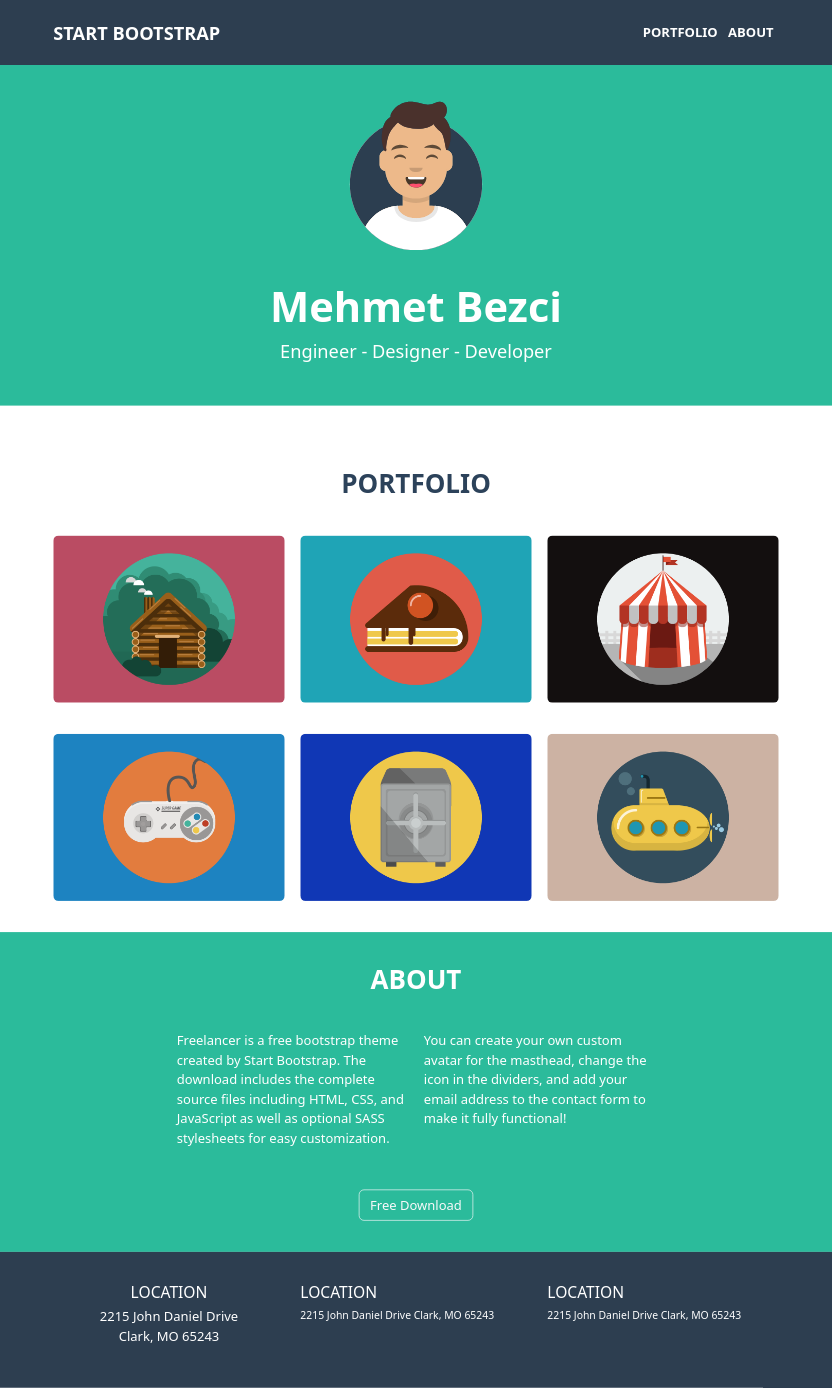
Repository: 7JaxeN7/WT-1255P-Mehmet_BEZC-
Page: index.html
These files come from the project's save history. The page is drawn as it stood at one moment and after the next save; the edit follows.
The browser window is 1280 px wide. The pictures show the whole page, at 65% of full size.

Above is the page before, as saved 2025-01-07 00:41:10.

### index.html
<!DOCTYPE html>
<html lang="tr">

<head>
  <meta charset="UTF-8">
  <meta name="viewport" content="width=device-width, initial-scale=1.0">
  <link rel="stylesheet" href="style.css">
  <link href="https://cdn.jsdelivr.net/npm/bootstrap@5.3.3/dist/css/bootstrap.min.css" rel="stylesheet"
    integrity="sha384-QWTKZyjpPEjISv5WaRU9OFeRpok6YctnYmDr5pNlyT2bRjXh0JMhjY6hW+ALEwIH" crossorigin="anonymous">
  <title>Start Bootstrap</title>
</head>

<body>
  <!-- Navbar -->
  <header>
    <nav class="navbar navbar-expand-lg navbar-bg">
      <div class="container pt-3 pb-3">
        <a class="navbar-brand text-white fw-bolder fs-3" href="#">START BOOTSTRAP</a>
        <button class="navbar-toggler" type="button" data-bs-toggle="collapse" data-bs-target="#navbarNav"
          aria-controls="navbarNav" aria-expanded="false" aria-label="Toggle navigation">
          <span class="navbar-toggler-icon"></span>
        </button>
        <div class="collapse navbar-collapse" id="navbarNav">
          <ul class="navbar-nav ms-auto">
            <li class="nav-item">
              <a class="nav-link text-white fw-bolder fs-5" href="#">PORTFOLIO</a>
            </li>
            <li class="nav-item">
              <a class="nav-link text-white fw-bolder fs-5" href="#">ABOUT</a>
            </li>
          </ul>
        </div>
      </div>
    </nav>
  </header>
  <!-- Herosection -->
  <div class="herosection-bg pt-5 pb-5">
    <div class="container text-center">
      <img src="/assets/img/avataaars.svg" width="20%" />
      <h1 class="mt-5 text-white fw-bolder display-3">Mehmet Bezci</h1>
      <p class="text-white fs-3">Engineer - Designer - Developer</p>
    </div>
  </div>
  <!-- Portfolio -->
  <div class="portfolio-section">
    <h2 class="text-center mt-5 pt-5 pb-5 fs-1 fw-semibold portfolio-tittle">PORTFOLIO</h2>
    <div class="container">
      <div class="row">
        <div class="col-12 col-md-6 col-lg-4 mb-5">
          <img src="/assets/img/cabin.png" class="img-fluid rounded-3">
        </div>
        <div class="col-12 col-md-6 col-lg-4 mb-5">
          <img src="/assets/img/cake.png" class="img-fluid rounded-3">
        </div>
        <div class="col-12 col-md-6 col-lg-4 mb-5">
          <img src="/assets/img/circus.png" class="img-fluid rounded-3">
        </div>
        <div class="col-12 col-md-6 col-lg-4 mb-5">
          <img src="/assets/img/game.png" class="img-fluid rounded-3">
        </div>
        <div class="col-12 col-md-6 col-lg-4 mb-5">
          <img src="/assets/img/safe.png" class="img-fluid rounded-3">
        </div>
        <div class="col-12 col-md-6 col-lg-4 mb-5">
          <img src="/assets/img/submarine.png" class="img-fluid rounded-3">
        </div>
      </div>
    </div>
  </div>
  <!-- About -->
  <div class="about-section">
    <div class="container">
      <h2 class="about-tittle fs-1 fw-semibold text-center pt-5 pb-5"> ABOUT</h2>
      <div class="row justify-content-center">
        <div class="col-lg-4 fs-5 text-white">
          <p>
            Freelancer is a free bootstrap theme created by Start Bootstrap. The download includes the complete source
            files including HTML, CSS, and JavaScript as well as optional SASS stylesheets for easy customization.
          </p>
        </div>
        <div class="col-lg-4 fs-5 text-white">
          <p>
            You can create your own custom avatar for the masthead, change the icon in the dividers, and add your email
            address to the contact form to make it fully functional!
          </p>
        </div>
      </div>
      <div class="d-flex justify-content-center">
        <button class="mt-5 mb-5 btn btn-outline-light btn-lg">Free Download</button>
      </div>
    </div>
  </div>
  <!-- Footer -->
  <footer>
    <div class="footer-section pt-5 pb-5">
      <div class="container">
        <div class="row">
          <div class="col-lg-4 text-center px-3">
            <h5 class="fs-4 text-white">LOCATION</h5>
            <p class="text-white fs-5 px-5">
              2215 John Daniel Drive
              Clark, MO 65243
            </p>
          </div>
          <div class="col-lg-4">
            <h5 class="fs-4 text-white">LOCATION</h5>
            <p class="text-white">
              2215 John Daniel Drive
              Clark, MO 65243
            </p>
          </div>
          <div class="col-lg-4">
            <h5 class="fs-4 text-white">LOCATION</h5>
            <p class="text-white">
              2215 John Daniel Drive
              Clark, MO 65243
            </p>
          </div>
        </div>
      </div>
    </div>
  </footer>
  <!-- Burası bootstrap script kısmı -->
  <script src="https://cdn.jsdelivr.net/npm/bootstrap@5.3.3/dist/js/bootstrap.bundle.min.js"
    integrity="sha384-YvpcrYf0tY3lHB60NNkmXc5s9fDVZLESaAA55NDzOxhy9GkcIdslK1eN7N6jIeHz"
    crossorigin="anonymous"></script>
</body>

</html>

### style.css
.navbar-bg {
  background-color: #2d3e50 !important;
}
.herosection-bg{
    background-color: #2bbb9b ;
}
.portfolio-tittle{
    color: #2c425a;
}
.about-section{
    background-color: #2bbb9b ;
}
.about-tittle{
    color: #ffffff;
}
.footer-section{
    background-color: #2d3e50;
}

After the next save:
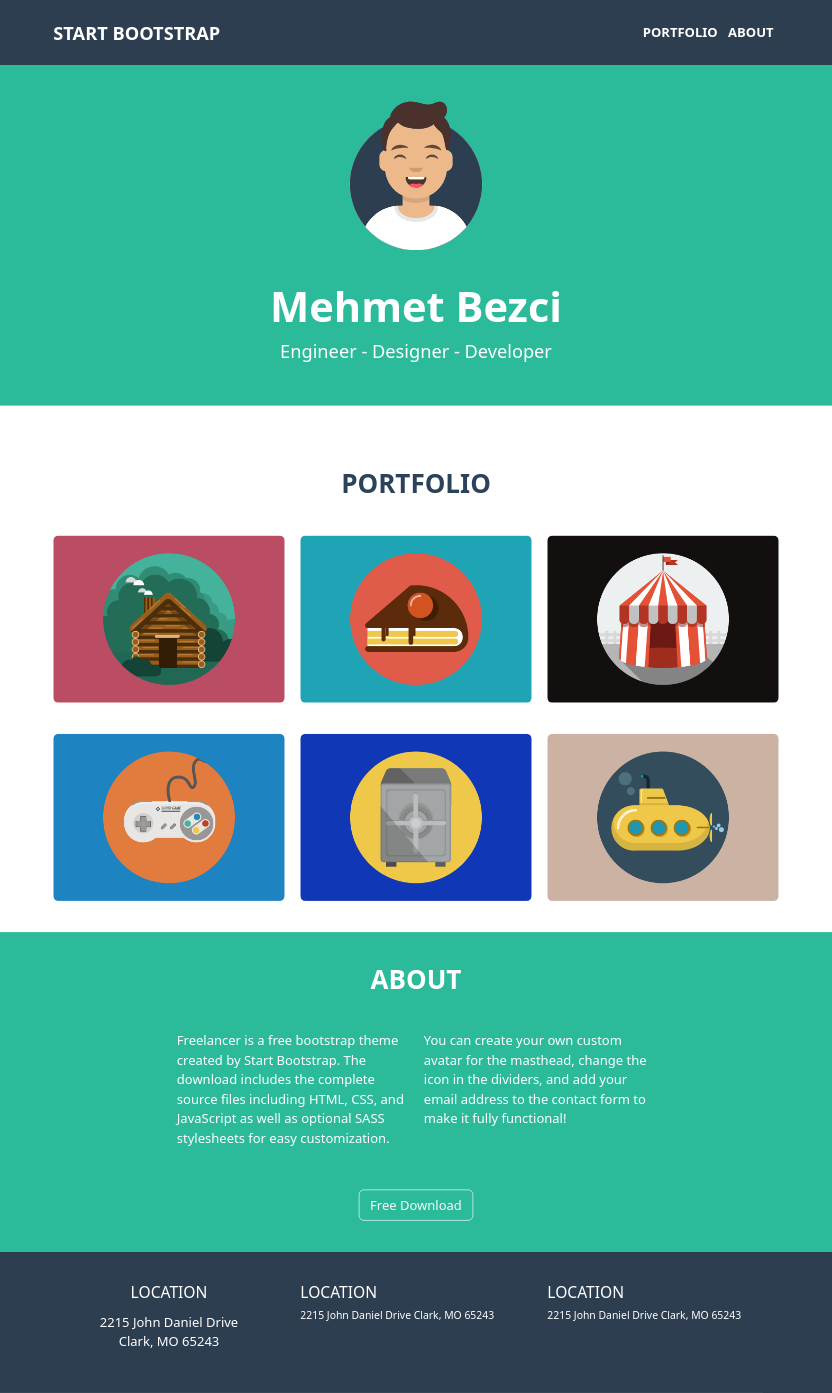
Saved 41 s later.
--- a/index.html
+++ b/index.html
@@ -96,7 +96,7 @@
       <div class="container">
         <div class="row">
           <div class="col-lg-4 text-center px-3">
-            <h5 class="fs-4 text-white">LOCATION</h5>
+            <h5 class="fs-4 text-white mb-3">LOCATION</h5>
             <p class="text-white fs-5 px-5">
               2215 John Daniel Drive
               Clark, MO 65243
